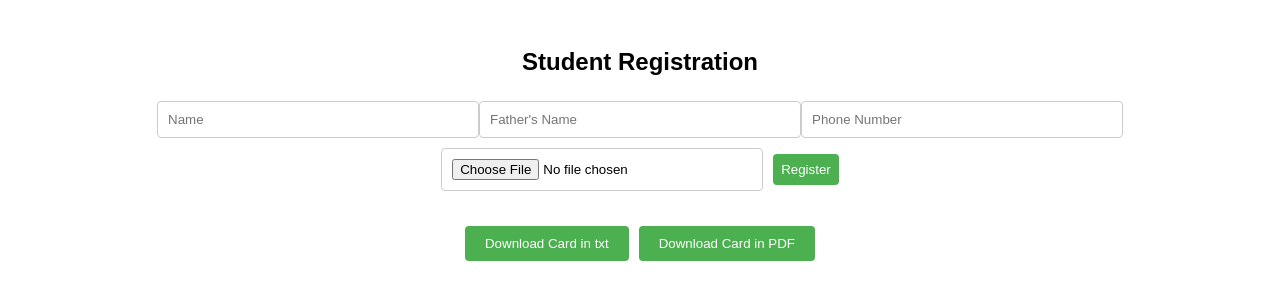
Repository: pripriya09/StudentID-Card-Download
Page: / (app in frontend/)
The author's editor kept a copy of each file at every save. The page is drawn from the files as they stood at one save, then again after a run of saves.
The browser window is 1280 px wide. The pictures show the whole page.
The project was rebuilt for these pictures with package versions that can differ from the ones it lists, and the page was loaded fresh each time. Also part of the build but not shown: frontend/vite.config.js.

Above is the page before, as saved 2025-01-07 11:54:02.

After the next 2 saves:
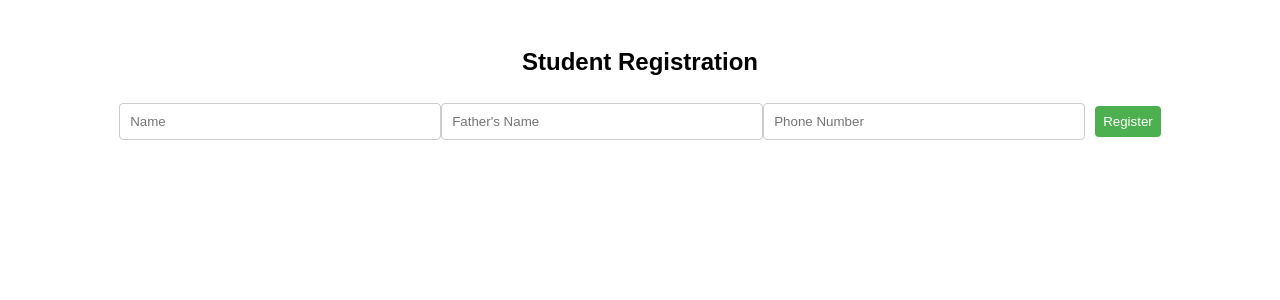
The 2 saves are shown as one change because they came seconds apart.
The last was saved 2 min 24 s later.
--- a/frontend/src/Form.jsx
+++ b/frontend/src/Form.jsx
@@ -1,35 +1,36 @@
 import React, { useState } from "react";
 import axios from "axios";
-import "./App.css";
+import "./App.css"
 import jsPDF from "jspdf";
-
 const Form = () => {
   const [formData, setFormData] = useState({
     name: "",
     fatherName: "",
     phoneNumber: "",
-    image: null, // Added image state
   });
   const [registrationNumber, setRegistrationNumber] = useState("");
   const [studentData, setStudentData] = useState(null);
+
 
   const handleSubmit = async (e) => {
     e.preventDefault();
 
     try {
+
       const response = await axios.post("http://localhost:6009/api/students", formData);
       const result = response.data;
+
 
       setStudentData({
         ...formData,
         registrationNumber: result.registrationNumber,
       });
 
+
       setFormData({
         name: "",
         fatherName: "",
         phoneNumber: "",
-        image: null, // Clear image after submission
       });
     } catch (error) {
       console.error("Error sending data:", error);
@@ -37,16 +38,51 @@ const Form = () => {
   };
 
   const handleChange = (e) => {
-    if (e.target.name === "image") {
-      const file = e.target.files[0];
-      setFormData({ ...formData, image: URL.createObjectURL(file) });
-    } else {
-      setFormData({ ...formData, [e.target.name]: e.target.value });
-    }
+    setFormData({ ...formData, [e.target.name]: e.target.value });
   };
+
+
+//   const handleSearch = async (e) => {
+//     e.preventDefault();
+
+//     try {
+//       const response = await axios.get(`http://localhost:6009/api/students/${registrationNumber}`);
+//       const result = response.data;
+
+
+//       if (result) {
+//         setStudentData(result);
+//       } else {
+//         alert("Student not found!");
+//       }
+
+//       setRegistrationNumber("");
+//     } catch (error) {
+//       console.error("Error fetching data:", error);
+//     }
+//   };
+
+//  const handleDownload = () => {
+//     if (studentData) {
+//       const fileData = JSON.stringify(studentData, null, 2);
+//       const blob = new Blob([fileData], { type: "application/json" });
+//       const link = document.createElement("a");
+//       link.href = URL.createObjectURL(blob);
+//       link.download = `${studentData.registrationNumber}_ID_Card.json`; // Filename based on registration number
+//       link.click();
+
+//       setFormData({
+//         name: "",
+//         fatherName: "",
+//         phoneNumber: "",
+//       });
+//       setStudentData(null);
+//     }
+//   };
 
   const handleDownloadtext = () => {
     if (studentData) {
+
       const fileData = `
         Name: ${studentData.name}
         Father's Name: ${studentData.fatherName}
@@ -63,11 +99,11 @@ const Form = () => {
         name: "",
         fatherName: "",
         phoneNumber: "",
-        image: null,
       });
       setStudentData(null);
     }
   };
+
 
   function handleDownloadPDF() {
     if (studentData) {
@@ -89,6 +125,7 @@ const Form = () => {
   return (
     <div className="App">
       <h2>Student Registration</h2>
+
 
       <form onSubmit={handleSubmit}>
         <input
@@ -115,36 +152,34 @@ const Form = () => {
           onChange={handleChange}
           required
         />
-        <input
-          type="file"
-          name="image"
-          accept="image/*"
-          onChange={handleChange}
-        />
         <button type="submit">Register</button>
       </form>
 
+
+      {/* <h2>Search by Registration Number</h2>
+      <form onSubmit={handleSearch}>
+        <input
+          type="text"
+          placeholder="Enter Registration Number"
+          value={registrationNumber}
+          onChange={(e) => setRegistrationNumber(e.target.value)}
+          required
+        />
+        <button type="submit">Search</button>
+      </form> */}
+{/* --------------------------------------------------display data -->> */}
       {studentData && (
         <div className="id-card">
-          <div className="id-card-image">
-            <img
-              src={studentData.image || "https://via.placeholder.com/100"}
-              alt="Student"
-              className="student-image"
-            />
-          </div>
-          <div className="id-card-info">
-            <h3>ID Card</h3>
-            <p>Name: {studentData.name}</p>
-            <p>Father's Name: {studentData.fatherName}</p>
-            <p>Phone Number: {studentData.phoneNumber}</p>
-            <p>Registration Number: {studentData.registrationNumber}</p>
-
-          </div>
+          <h3>ID Card</h3>
+          <p>Name: {studentData.name}</p>
+          <p>Father's Name: {studentData.fatherName}</p>
+          <p>Phone Number: {studentData.phoneNumber}</p>
+          <p>Registration Number: {studentData.registrationNumber}</p>
+          {/* <button onClick={handleDownload}>Download ID Card</button> */}
+           <button onClick={handleDownloadtext}>Download Card In txtfile</button>
+           <button onClick={handleDownloadPDF}>Download Card In PDF</button>
         </div>
       )}
-      <button onClick={handleDownloadtext}>Download Card in txt</button>
-      <button onClick={handleDownloadPDF}>Download Card in PDF</button>
     </div>
   );
 };
